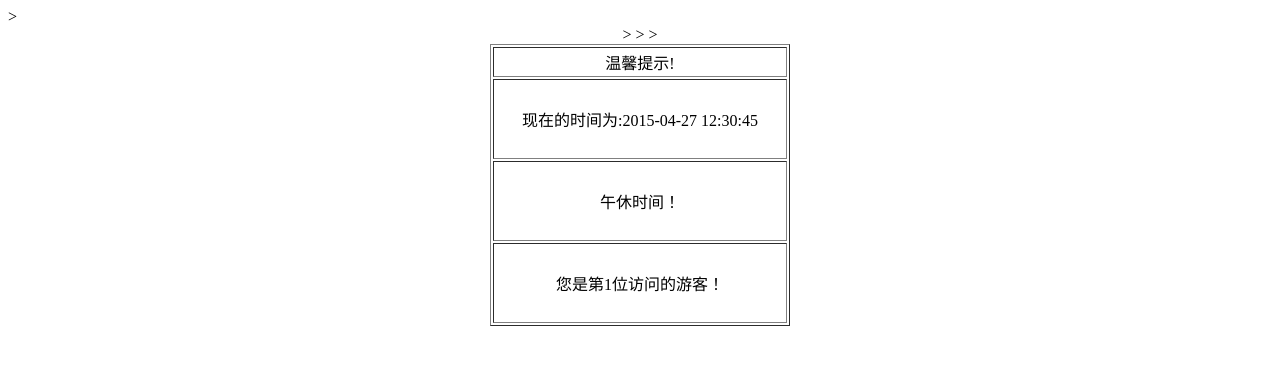
Repository: wikelgc/JSP
Page: http://localhost/FirstJsp/
These files come from the project's save history. The page is drawn as it stood at one moment and after the next save; the edit follows.
The browser window is 1280 px wide. The pictures show the whole page.
The page is served by Tomcat 9.

Above is the page before, as saved 2015-04-27 13:54:08.

### FirstJsp/WebRoot/index.jsp
<%@page import="java.util.Date"%>
<%@page import="java.text.SimpleDateFormat"%>
<%@ page contentType="text/html; charset=UTF-8" %>
<%@ page import = "java.text.*"  %>

<!-- 获取时间的函数 -->
<%
	Date nowday = new Date();   //实例化对象，获取当前时间
	int hour = nowday.getHours();	//获取日期中的小时
    SimpleDateFormat format = new SimpleDateFormat("yyyy-MM-dd HH:mm:ss");//定义日期格式化对象
	String time = format.format(nowday);//将指定日期格式化""
%>
<!-- 获取累计次数的函数 -->
<%!
	int num = 0;
	synchronized void add(){
		num++;
	}
 %>
<!-- add() -->>
<%
	add();
%>

 <html>
 	<head>
 		<title>
 			第一个JSP应用
 		</title>
	</head>
	<body>
		<center>
			<table border = "1" width = "300">
				<tr height = "30">
					<td align = "center">
						温馨提示!
					</td>
				</tr>

				<tr height = "80">
					<td align = "center">
						现在的时间为:<%=time %>
					</td>>
				</tr>>

				<tr height = "80">
					<td align = "center">
					<!--以下为嵌入到HTML中的java代码，用来生产动态的内容-->
					<%
						if(hour>=24 && hour < 5)
							out.print("现在是凌晨！，时间还早，再睡会吧！");
						else if(hour>5 &&hour<=10)
							out.print("早上好!");
						else if(hour>10 && hour <13)
							out.print("午休时间！");
						else if(hour>=13 && hour <18)
							out.print("下午努力工作吧");
						else if(hour >=18 && hour <21)
							out.print("晚上好");
						else if(hour >=21 && hour <24)
							out.print("注意休息，晚安!");
				 	%>
				 	</td>
				 </tr>

				 <tr height = "80">
				 	<td align = "center">
				 		 您是第<%=num %>位访问的游客！
				 	</td>
				 </tr>>
				</table>
			</center>
		</body>
	</title>
</html>

After the next save:
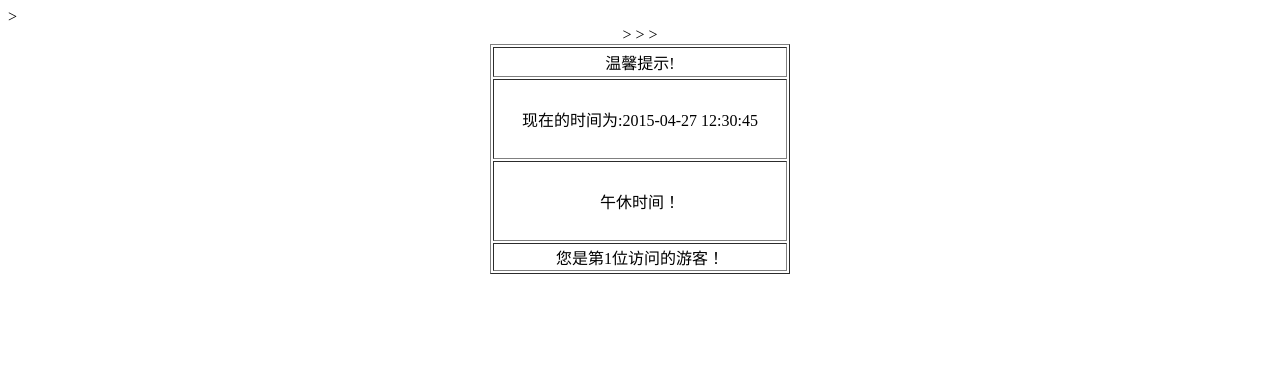
Saved 68 s later.
--- a/FirstJsp/WebRoot/index.jsp
+++ b/FirstJsp/WebRoot/index.jsp
@@ -63,7 +63,7 @@
 				 	</td>
 				 </tr>
 
-				 <tr height = "80">
+				 <tr height = "20">
 				 	<td align = "center">
 				 		 您是第<%=num %>位访问的游客！
 				 	</td>
